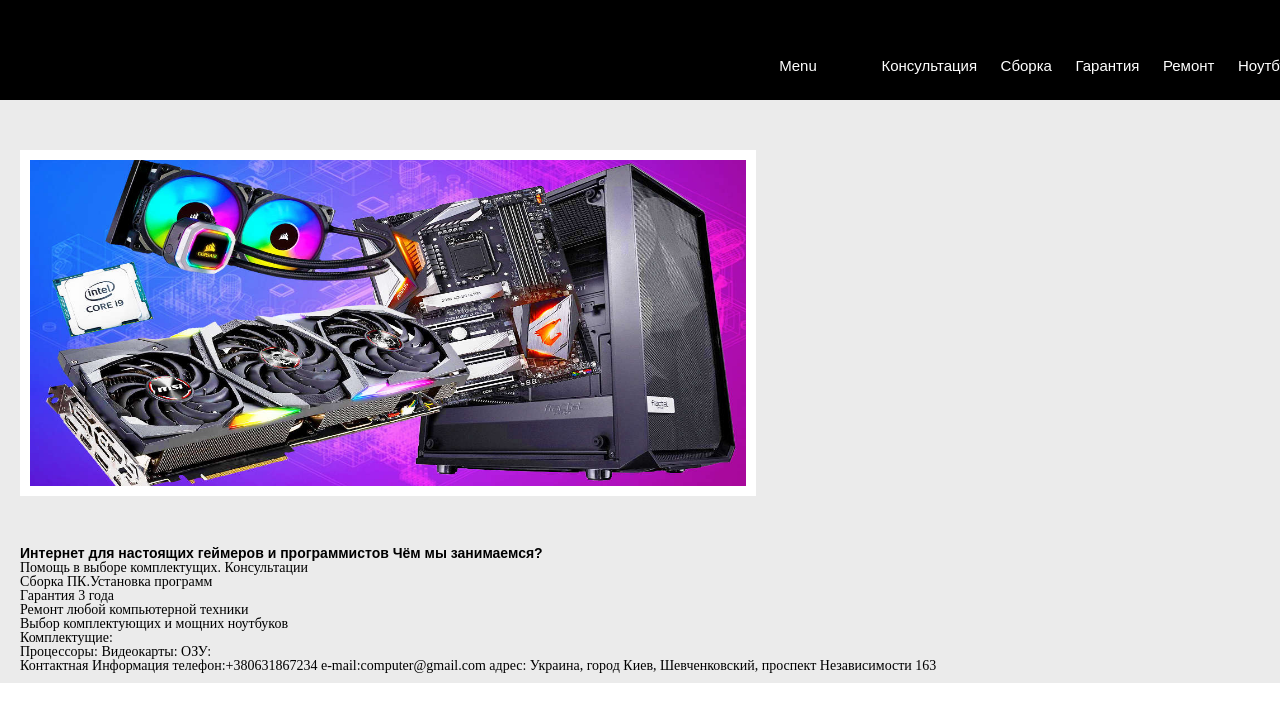
Repository: Bohdan-Sandovenko/First-Project-Flex
Page: index.html
An editor plug-in stored every save of this project. The page is shown before and after the next save, followed by the edit.
The browser window is 1280 px wide. The pictures show the whole page.
The style sheet was rebuilt from its Sass, Less or Tailwind sources for each picture, by a compiler version that may differ from the author's.

Above is the page before, as saved 2024-07-26 23:16:33.

### index.html
<!DOCTYPE html>
<html lang="en">
<head>
    <meta charset="UTF-8">
    <meta name="viewport" content="width=device-width, initial-scale=1.0">
    <link rel="stylesheet" href="css/style.css">
    <title>Document</title>
</head>
<body>
    <header class="top-of-site">
        <nav class="nav-links-of-top">
            <button class="button-menu">Menu</button>
            <a href="">Консультация</a>
            <a href="">Сборка</a>
            <a href="">Гарантия</a>
            <a href="">Ремонт</a>
            <a href="">Ноутбуки</a>
        </nav>
    </header>
    <main class="content">
        <div class="content-top">
            <div class="content-top-image-block">
                <img src="images/first images.jpg" alt="sorry" class="content-top-image">
            </div>
            <span class="content-top-text-inside">Интернет для настоящих геймеров и программистов
            Чём мы занимаемся?</span>
            <ul>
                <li>Помощь в выборе комплектущих. Консультации</li>
                <li>Сборка ПК.Установка программ</li>
                <li>Гарантия 3 года</li>
                <li>Ремонт любой компьютерной техники</li>
                <li>Выбор комплектующих и мощних ноутбуков</li>
            </ul>
        </div>
        <div class="content-bottom">
            Комплектущие:
            <div class="photos-computer-compotent">
                Процессоры:
                Видеокарты:
                ОЗУ:
            </div>
        </div>
        <footer class="footer">
            Контактная Информация
            телефон:+380631867234
            e-mail:computer@gmail.com
            адрес: Украина, город Киев, Шевченковский, проспект Независимости 163
        </footer>
    </main>
</body>
</html>

### css/style.scss
@import "nullstyles.scss";
$color-black: black;
$color-white: white;
$color-green: rgb(5, 132, 132);
$color-grey: rgb(196, 199, 199);
$color-content: rgb(235, 235, 235);
$font-family-top: Arial, Helvetica, sans-serif;
$font-weight-header: 400;


.top-of-site {
    width: 100%;
    height: 100px;
    background-color: black;
    padding: 50px;
    position: fixed;

    .nav-links-of-top {
        position: relative;
        top: 50%;
        right: -60%;

        .button-menu {
            margin: 0 40px 0px 0px;
            height: 30px;
            width: 80px;
            border-radius: 5px;
            background-color: $color-black;
            color: $color-white;
            font-family: $font-family-top;
            font-weight: $font-weight-header;
            font-size: 15px;

            &:hover {
                opacity: 0.9;
                border: 1px solid $color-green;
            }

            &:active {
                width: 79.5px;
                color: $color-grey;
            }

        }
    }

    a {
        padding: 0 20px 0 0;
        color: $color-white;
        font-family: Arial, Helvetica, sans-serif;
        font-weight: 400;
        font-size: 15px;
    }
}

////////////////////////////////////////////////////////////////////////////////////////////////
.content {
    padding: 100px 20px 10px 20px;
    background-color: $color-content;

    .content-top {
        .content-top-image-block {
            margin: 50px 0px 50px 0px;

            .content-top-image {
                width: 736px;
                height: 346px;
                border: 10px solid $color-white;
            }
        }

        .content-top-text-inside {
            font-family: $font-family-top;
            font-weight: 700;
            font-size: 700;
        }
    }
}

### css/nullstyles.scss
* {
    padding: 0;
    margin: 0;
    border: 0;
}


*,
*:before,
*:after {
    -webkit-box-sizing: border-box;
    -moz-box-sizing: border-box;
    box-sizing: border-box;
}


:focus,
:active {
    outline: none;
}

a:focus,
a:active {
    outline: none;
}


nav,
footer,
header,
aside {
    display: block;
}


html,
body {
    height: 100%;
    width: 100%;
    font-size: 100%;
    line-height: 1;
    font-size: 14px;
    -ms-text-size-adjust: 100%;
    -moz-text-size-adjust: 100%;
    -webkit-text-size-adjust: 100%;
}


input,
button,
textarea {
    font-family: inherit;
}


input::-ms-clear {
    display: none;
}

button {
    cursor: pointer;
}

button::-moz-focus-inner {
    padding: 0;
    border: 0;
}

a,
a:visited {
    text-decoration: none;
}

a:hover {
    text-decoration: none;
}

ul li {
    list-style: none;
}

img {
    vertical-align: top;
}

h1,
h2,
h3,
h4,
h5,
h6 {
    font-size: inherit;
    font-weight: 400;
}

After the next save:
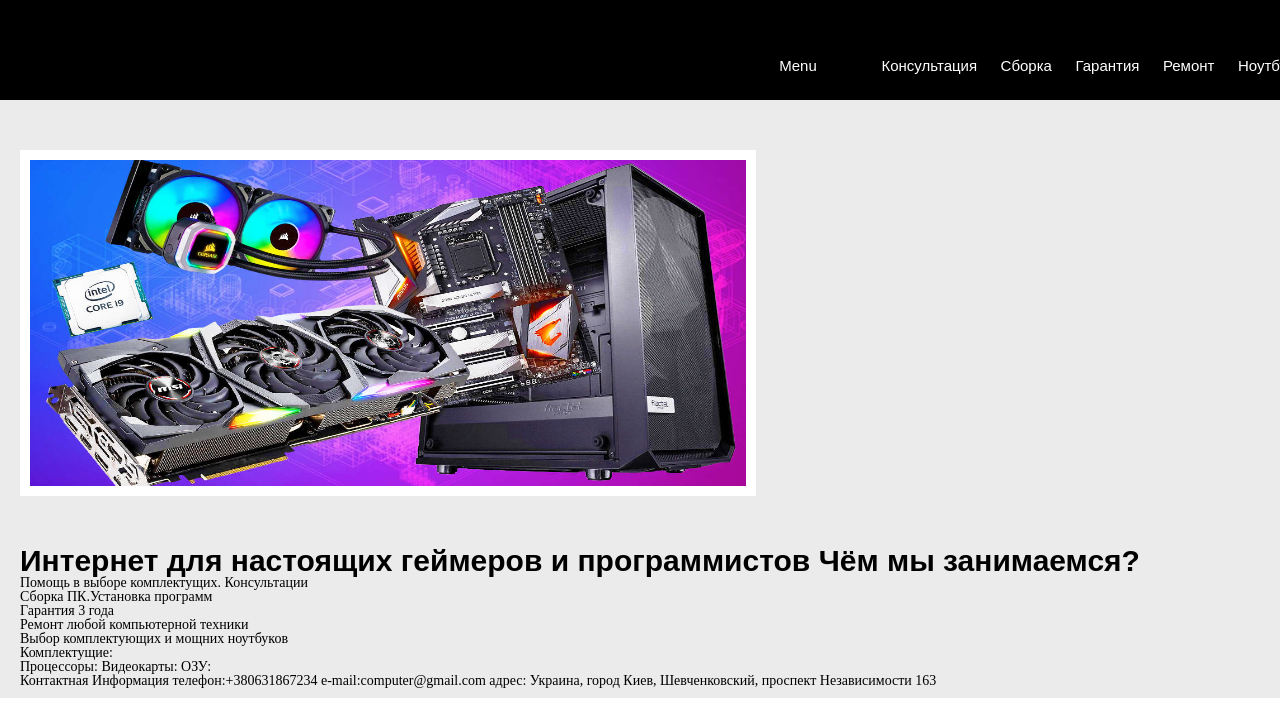
Saved 46 s later.
--- a/css/style.scss
+++ b/css/style.scss
@@ -72,7 +72,7 @@
         .content-top-text-inside {
             font-family: $font-family-top;
             font-weight: 700;
-            font-size: 700;
+            font-size: 30px;
         }
     }
 }
